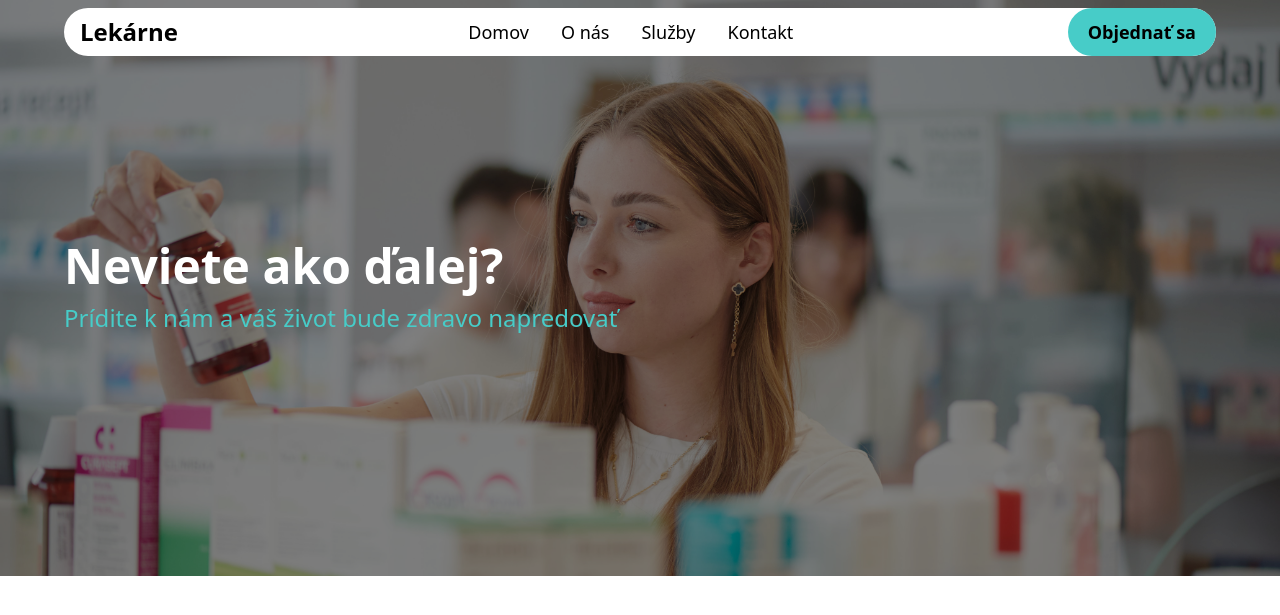
Repository: SimonSkoda13/Lekaren
Page: /
The author's editor kept a copy of each file at every save. The page is drawn from the files as they stood at one save, then again after the next save.
The browser window is 1280 px wide. The pictures show the whole page.
The project was rebuilt for these pictures with package versions that can differ from the ones it lists, and the page was loaded fresh each time. The framework's server and built-in components were replaced by stand-ins that run in the browser. Also part of the build but not shown: next.config.js.

Above is the page before, as saved 2023-04-22 17:27:54.

### src/app/layout.tsx
import { Header } from "./components/Header/Header";
import "./globals.css";
import { Poppins } from "next/font/google";

export const metadata = {
  title: "Create Next App",
  description: "Generated by create next app",
};

export default function RootLayout({
  children,
}: {
  children: React.ReactNode;
}) {
  return (
    <html lang="en">
      <body className="bg-white min-h-[100vh]">
        <Header />
        <main>{children}</main>
        <footer></footer>
      </body>
    </html>
  );
}

### src/app/page.tsx
import Image from "next/image";
import { Inter } from "next/font/google";
import { HomeHero } from "./components/HomeHero/HomeHero";
import { Contact } from "./components/Contact/Contact";

const inter = Inter({ subsets: ["latin"] });

// page with

export default function Home() {
  return (
    <>
      <HomeHero
        title={"Neviete ako ďalej?"}
        image={"/homeBanner.jpg"}
        description={"Prídite k nám a váš život bude zdravo napredovať"}
      />
      <Contact />
    </>
  );
}

### src/app/components/Header/Header.tsx
import Link from "next/link";
import React from "react";

export interface HeaderProps {}

export const Header = (props: HeaderProps) => {
  const {} = props;
  return (
    <header className="cntn fixed w-full top-2 z-10">
      <div className="flex bg-white rounded-full">
        <h1 className="py-2 px-4 text-2xl font-bold">Lekárne</h1>
        <div className="py-2 px-4 flex gap-8 items-center mx-auto text-lg font-medium">
          <Link href="/">Domov</Link>
          <Link href="/onas">O nás</Link>
          <Link href="/sluzby">Služby</Link>
          <Link href="/kontakt">Kontakt</Link>
        </div>
        {/* button order self */}
        <div className="flex justify-center items-center px-5 p-0 bg-primary rounded-full text-lg font-bold">
          <Link href="/order">Objednať sa</Link>
        </div>
      </div>
    </header>
  );
};

### src/app/globals.css
@tailwind base;
@tailwind components;
@tailwind utilities;

@layer components {
  .cntn {
    @apply mx-auto px-4  max-w-screen-xl md:px-16;
  }
}

### src/app/components/HomeHero/HomeHero.tsx
import Image from "next/image";
import React from "react";
import { ImageGradient } from "./ImageGradient/ImageGradient";

export interface HomeHeroProps {
  title: string;
  image: string;
  description: string;
}

export const HomeHero = (props: HomeHeroProps) => {
  const { title, image, description } = props;
  return (
    <section className="relative h-[80vh] z-0 px-0">
      <div className="w-full h-full absolute left-0 top-0 ">
        {/* make filter for image to odd brightness from top biggest to bottom lowest */}
        <ImageGradient>
          <Image
            src={image}
            alt="Next.js logo"
            fill
            style={{
              objectFit: "cover",
              objectPosition: "center",
            }}
          />
        </ImageGradient>
      </div>
      <div className="cntn relative gap-3 h-full flex justify-center flex-wrap flex-col z-10">
        <h1 className="text-5xl font-bold text-white">{title}</h1>
        <p className="text-2xl text-primary">{description}</p>
      </div>
    </section>
  );
};

### src/app/components/Contact/Contact.tsx
import React from "react";

export interface ContactProps {
  items?: {
    title: string;
    description: string;
    icon: string;
  }[];
}

export const Contact = (props: ContactProps) => {
  const { items } = props;
  return (
    <section className="cntn relative top-[-2rem] grid grid-cols-2 md:grid-cols-4 items-start bg-red rounded-full"></section>
  );
};

### src/app/components/HomeHero/ImageGradient/ImageGradient.tsx
import React from "react";

export interface ImageGradientProps {
  children: React.ReactNode;
}

export const ImageGradient = (props: ImageGradientProps) => {
  const { children } = props;
  return (
    <div className="relative w-full h-full brightness-50 overflow-hidden z-10">
      <div className="absolute inset-0 z-10"></div>
      {children}
    </div>
  );
};

### tailwind.config.js
/** @type {import('tailwindcss').Config} */
module.exports = {
  content: [
    "./src/pages/**/*.{js,ts,jsx,tsx,mdx}",
    "./src/components/**/*.{js,ts,jsx,tsx,mdx}",
    "./src/app/**/*.{js,ts,jsx,tsx,mdx}",
  ],
  theme: {
    extend: {
      colors: {
        primary: "#47CCC8",
        secondary: "#2D3663",
      },
    },
  },
  plugins: [],
};

After the next save:
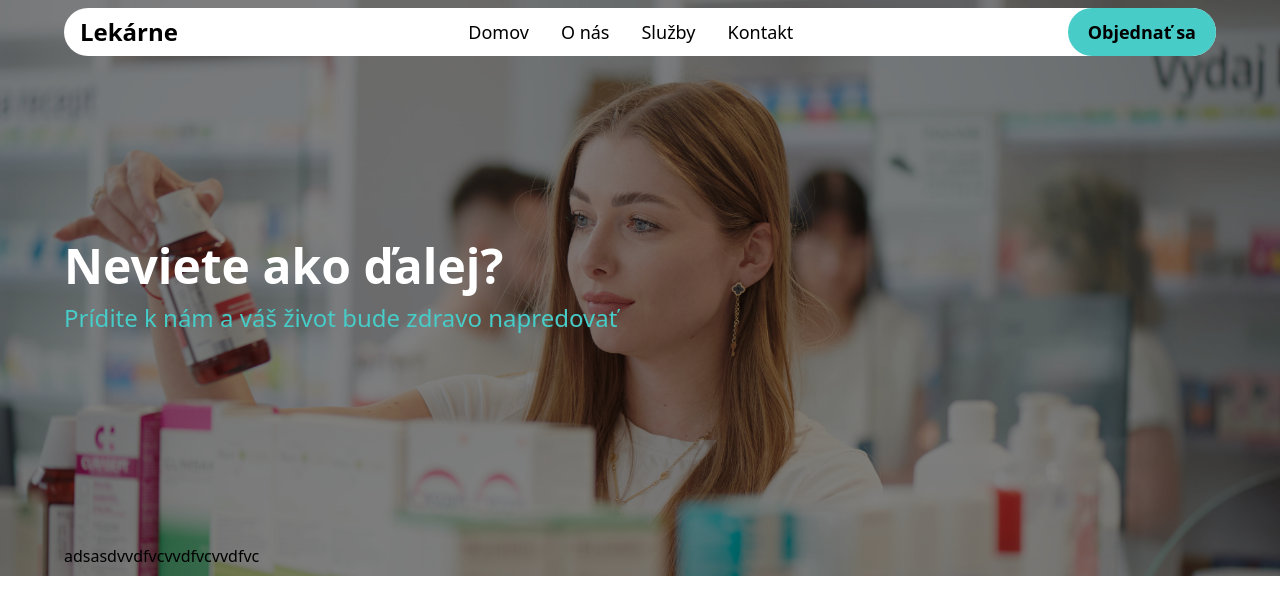
Saved 37 s later.
--- a/src/app/components/Contact/Contact.tsx
+++ b/src/app/components/Contact/Contact.tsx
@@ -11,6 +11,11 @@ export interface ContactProps {
 export const Contact = (props: ContactProps) => {
   const { items } = props;
   return (
-    <section className="cntn relative top-[-2rem] grid grid-cols-2 md:grid-cols-4 items-start bg-red rounded-full"></section>
+    <section className="cntn relative top-[-2rem] grid grid-cols-2 md:grid-cols-4 items-start bg-red rounded-full">
+      <>adsasd</>
+      <>vvdfvc</>
+      <>vvdfvc</>
+      <>vvdfvc</>
+    </section>
   );
 };
